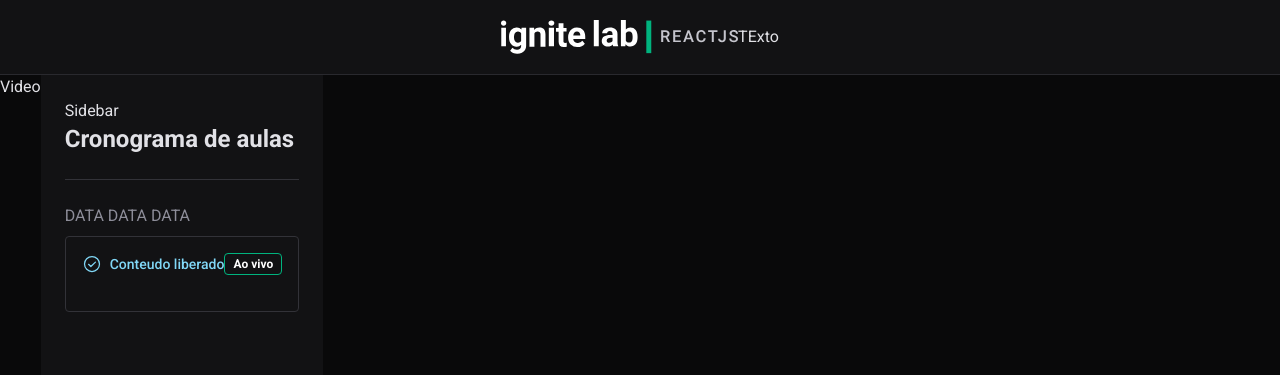
Repository: weltergab/Event_Plataform-IgniteLab
Page: /
These files come from the project's save history. The page is drawn as it stood at one moment and after the next save; the edit follows.
The browser window is 1280 px wide. The pictures show the whole page.
The page's requests for data from a server got no answer. The project was rebuilt for these pictures with package versions that can differ from the ones it lists, and the page was loaded fresh each time. No one was signed in, and anything a server would have sent is missing. Also part of the build but not shown: vite.config.ts.

Above is the page before, as saved 2022-06-24 17:08:10.

### index.html
<!DOCTYPE html>
<html lang="en">

<head>
  <meta charset="UTF-8" />
  <link rel="icon" type="image/svg+xml" href="/src/favicon.svg" />
  <meta name="viewport" content="width=device-width, initial-scale=1.0" />

  <link rel="preconnect" href="https://fonts.googleapis.com" />
  <link rel="preconnect" href="https://fonts.gstatic.com" crossorigin />
  <link href="https://fonts.googleapis.com/css2?family=Roboto:wght@400;500;700&display=swap" rel="stylesheet" />

  <title>Event Plataform</title>
</head>

<body>
  <div id="root"></div>
  <script type="module" src="/src/main.tsx"></script>
</body>

</html>

### src/main.tsx
import { ApolloProvider } from '@apollo/client'
import React from 'react'
import ReactDOM from 'react-dom/client'
import App from './App'
import { client } from './lib/apollo';

import './styles/global.css'

ReactDOM.createRoot(document.getElementById('root')!).render(
  <ApolloProvider client={client}>
    <React.StrictMode>
    <App />
    </React.StrictMode>
  </ApolloProvider>

)

### src/App.tsx
import { gql, useQuery } from '@apollo/client'
import { useState } from 'react'

import { Event } from './pages/Event'


const GET_LESSONS_QUERY = gql`
  query {
    lessons {
      id
      title
    }

  }
`




function App() {
  const { data } = useQuery(GET_LESSONS_QUERY)

  console.log(data);





  const [count, setCount] = useState(0)

  return (
    <div className="All">
      <Event />
    </div>

  )
}

export default App

### src/lib/apollo.ts
import { ApolloClient, InMemoryCache } from "@apollo/client";

export const client = new ApolloClient({
    uri: 'https://api-sa-east-1.graphcms.com/v2/cl4pywx0h2kp101xtf4npbpzl/master',
    cache: new InMemoryCache()
})

### src/pages/Event.tsx
import { Header } from "../components/Header";
import { Sidebar } from "../components/Sidebar";
import { Video } from "../components/Video";

export function Event() {
    return (
        <div className="flex flex-col min-h-screen">
            <Header />
            <main className="flex flex-1">
                <Video />
                <Sidebar />
            </main>
        </div>
    )
}

### src/components/Header.tsx
import { Logo } from "./Logo";

export function Header(){
    return (
        <header className="w-full py-5 flex items-center justify-center bg-gray-700 border-b border-gray-600">
            <Logo />
            TExto
        </header>
    )
}

### src/components/Sidebar.tsx
import { Lesson } from "./Lesson";

export function Sidebar() {
    return (
        <aside className="w-[348] bg-gray-700 p-6 border-1 border-gray-600">
            <h1>Sidebar</h1>
            <span className="font-bold text-2xl pb-6 mb-6 border-b border-gray-500 block">
                Cronograma de aulas
            </span>
            <div className="flex flex-col gab-8">
                <Lesson />
            </div>
        </aside>
    )
}

### src/components/Video.tsx
export function Video(){
    return (
        <h1>Video</h1>
    )
}

### src/components/Logo.tsx
export function Logo() {
  return (
    <svg
      xmlns="http://www.w3.org/2000/svg"
      width="237"
      height="34"
      fill="none"
      viewBox="0 0 237 34"
    >
      <path
        fill="#fff"
        d="M.002 3.112a2.49 2.49 0 01.165-.987c.12-.314.304-.595.535-.83A2.906 2.906 0 012.615.572c.698 0 1.374.257 1.912.723.23.24.412.524.536.837a2.701 2.701 0 010 1.979 2.568 2.568 0 01-.536.837 2.889 2.889 0 01-1.907.723 2.901 2.901 0 01-1.908-.723 2.458 2.458 0 01-.538-.84 2.645 2.645 0 01-.172-.996zm4.96 23.146H.273V7.862h4.689v18.397zM8.012 16.973c0-2.853.686-5.145 2.055-6.883a6.653 6.653 0 015.528-2.606 5.869 5.869 0 014.802 2.09l.2-1.751h4.538v17.95a7.891 7.891 0 01-1.12 4.246 7.243 7.243 0 01-3.147 2.752 11.155 11.155 0 01-4.742.94c-1.378 0-2.74-.279-4.008-.812a7.08 7.08 0 01-2.946-2.11l2.208-3.02a5.905 5.905 0 004.543 2.08 4.356 4.356 0 003.104-1.059 3.938 3.938 0 001.103-2.993v-.994a5.775 5.775 0 01-4.555 1.935 6.647 6.647 0 01-3.05-.652 6.615 6.615 0 01-2.408-1.967c-1.397-1.752-2.085-4.089-2.085-6.942v-.21h-.025l.005.006zm4.997.355a6.723 6.723 0 001.026 3.956 3.233 3.233 0 002.799 1.443c.651.045 1.3-.088 1.878-.39a3.52 3.52 0 001.396-1.305v-7.825a3.448 3.448 0 00-1.374-1.305 3.504 3.504 0 00-1.86-.39 3.28 3.28 0 00-1.61.365 3.22 3.22 0 00-1.219 1.103c-.688.975-1.036 2.418-1.036 4.348zM33.098 7.833l.158 2.196a6.527 6.527 0 012.371-1.927 6.38 6.38 0 012.971-.62c1.97 0 3.438.597 4.39 1.79.953 1.194 1.456 2.936 1.486 5.293v12.249h-4.962V14.683a3.367 3.367 0 00-.684-2.344 3.086 3.086 0 00-1.069-.598 3.008 3.008 0 00-1.211-.13 3.349 3.349 0 00-1.821.454c-.553.32-1.01.794-1.313 1.367v13.37H28.45V7.845l4.647-.012zM47.512 3.112a2.304 2.304 0 01.185-.988 2.42 2.42 0 01.59-.831A3.439 3.439 0 0150.404.57c.772 0 1.52.256 2.117.723.508.486.792 1.142.792 1.826 0 .683-.284 1.34-.792 1.826a3.417 3.417 0 01-2.11.723c-.77 0-1.517-.257-2.11-.723a2.47 2.47 0 01-.594-.839 2.342 2.342 0 01-.19-.994h-.005zm5.483 23.149h-5.18V7.86h5.18v18.4zM62.454 3.334v4.612h3.107v3.677h-3.107v9.382c-.05.53.091 1.063.395 1.495a1.824 1.824 0 001.473.45c.476.002.95-.035 1.421-.114v3.803a9.672 9.672 0 01-2.939.449c-3.398 0-5.128-1.775-5.19-5.32V11.644h-2.642V7.968h2.643V3.356h4.841v-.025l-.002.003zM76.487 27.08a9.277 9.277 0 01-6.759-2.55c-1.74-1.699-2.605-3.957-2.605-6.797v-.494a11.295 11.295 0 011.098-5.08 8.141 8.141 0 013.111-3.465 8.72 8.72 0 014.59-1.22c2.577 0 4.62.815 6.098 2.449 1.478 1.633 2.226 3.94 2.226 6.929v2.055h-12.01a4.665 4.665 0 001.473 2.971 4.487 4.487 0 003.111 1.111 5.426 5.426 0 004.548-2.115l2.476 2.781a7.506 7.506 0 01-3.07 2.507 9.81 9.81 0 01-4.287.916v.002zm-.594-15.514a3.127 3.127 0 00-2.428 1.012 5.405 5.405 0 00-1.188 2.912h7.006v-.405a3.749 3.749 0 00-.908-2.608 3.252 3.252 0 00-2.45-.908h-.03l-.002-.003zM97.771 26.259h-4.957V0h4.957V26.26zM112.209 26.259c-.227-.444-.392-.997-.496-1.659-1.196 1.333-2.751 2.002-4.666 2.002-1.811 0-3.314-.523-4.504-1.572-1.191-1.049-1.786-2.372-1.786-3.966 0-1.96.725-3.464 2.179-4.513 1.453-1.049 3.553-1.58 6.3-1.59h2.273v-1.06c0-.854-.22-1.54-.659-2.051-.44-.513-1.131-.77-2.078-.77-.832 0-1.486.2-1.957.6-.474.4-.708.945-.708 1.64h-4.941c0-1.07.331-2.062.992-2.973.662-.91 1.597-1.626 2.804-2.144 1.206-.518 2.564-.778 4.069-.778 2.28 0 4.089.573 5.429 1.718 1.34 1.145 2.009 2.756 2.009 4.83v8.017c.012 1.754.256 3.082.735 3.983v.29h-4.992l-.003-.004zm-4.086-3.435c.728 0 1.402-.163 2.016-.486.614-.326 1.071-.76 1.367-1.308v-3.181h-1.846c-2.472 0-3.79.854-3.948 2.564l-.017.291c0 .614.217 1.123.649 1.523.434.4 1.026.6 1.779.6v-.003zM136.58 17.183c0 2.963-.632 5.273-1.898 6.931-1.265 1.659-3.032 2.488-5.3 2.488-2.006 0-3.608-.77-4.805-2.308l-.222 1.967h-4.444V.001h4.94v9.418c1.14-1.332 2.638-2 4.496-2 2.256 0 4.025.828 5.308 2.487 1.283 1.658 1.923 3.992 1.923 7v.274l.002.003zm-4.94-.358c0-1.868-.296-3.233-.889-4.094-.592-.861-1.475-1.29-2.65-1.29-1.572 0-2.655.643-3.247 1.932v7.299c.604 1.298 1.697 1.95 3.282 1.95 1.584 0 2.643-.788 3.146-2.36.239-.752.358-1.897.358-3.437z"
      ></path>
      <path
        fill="#C4C4CC"
        d="M164.51 17.501h-2.283v4.53h-2.048v-11.78h4.143c1.36 0 2.408.306 3.149.915.74.61 1.108 1.493 1.108 2.648 0 .787-.19 1.449-.57 1.98-.38.532-.911.94-1.59 1.226l2.646 4.906v.106h-2.194l-2.364-4.531h.003zm-2.283-1.65h2.105c.691 0 1.229-.176 1.619-.524.39-.348.582-.824.582-1.429 0-.604-.18-1.12-.538-1.466-.358-.345-.893-.523-1.606-.533h-2.162V15.85zM179.066 16.773h-4.839v3.625h5.656v1.634h-7.704V10.25h7.648v1.65h-5.6v3.253h4.839v1.62zM189.803 19.29h-4.565l-.955 2.744h-2.127l4.452-11.783h1.836l4.459 11.783h-2.137l-.963-2.744zm-3.99-1.65h3.415l-1.707-4.89-1.708 4.89zM204.716 18.197c-.119 1.256-.583 2.238-1.392 2.941-.81.703-1.885 1.056-3.228 1.056-.938 0-1.764-.222-2.48-.668-.715-.445-1.266-1.079-1.656-1.898-.387-.82-.589-1.772-.607-2.858v-1.1c0-1.11.198-2.09.59-2.937.392-.846.96-1.5 1.695-1.96.736-.458 1.587-.688 2.554-.688 1.301 0 2.347.353 3.139 1.057.792.703 1.254 1.7 1.385 2.99h-2.039c-.096-.846-.343-1.458-.74-1.833-.397-.375-.977-.563-1.745-.563-.89 0-1.574.326-2.05.977-.479.652-.721 1.605-.733 2.863v1.044c0 1.273.227 2.245.683 2.917.457.668 1.123 1.004 2.004 1.004.805 0 1.409-.18 1.814-.543.405-.363.661-.962.77-1.804h2.038l-.002.003zM216.481 11.902h-3.674v10.132h-2.031V11.902h-3.642V10.25h9.347v1.65zM222.759 10.251h2.039v8.262c0 1.127-.353 2.023-1.057 2.687-.703.664-1.633.995-2.788.995-1.229 0-2.179-.311-2.848-.93-.669-.62-1.004-1.484-1.004-2.59h2.038c0 .627.156 1.096.467 1.412.31.316.76.474 1.347.474.55 0 .989-.183 1.315-.545.326-.366.489-.867.489-1.51V10.25h.002zM234.952 18.999c0-.518-.183-.918-.545-1.197-.363-.279-1.022-.563-1.972-.849-.95-.286-1.705-.604-2.265-.955-1.074-.674-1.612-1.555-1.612-2.638 0-.95.388-1.732 1.163-2.347.774-.614 1.779-.922 3.015-.922.819 0 1.55.15 2.194.454a3.597 3.597 0 011.513 1.29c.367.558.55 1.177.55 1.858h-2.038c0-.614-.193-1.095-.578-1.443-.385-.348-.938-.524-1.656-.524-.668 0-1.189.144-1.557.43-.37.286-.555.686-.555 1.197 0 .432.2.792.6 1.08.399.29 1.056.57 1.974.842.918.271 1.653.582 2.208.93.556.348.963.748 1.222 1.197.259.452.387.977.387 1.582 0 .982-.375 1.762-1.127 2.342-.753.58-1.775.87-3.063.87a5.755 5.755 0 01-2.352-.473c-.715-.316-1.27-.75-1.668-1.308-.397-.555-.594-1.204-.594-1.942h2.048c0 .669.222 1.187.664 1.555.441.367 1.075.55 1.902.55.713 0 1.246-.143 1.607-.432.357-.288.538-.671.538-1.145l-.003-.002z"
      ></path>
      <path fill="#00B37E" d="M150.271 33.146h-4.958V.57h4.958v32.576z"></path>
    </svg>
  );
}

### src/components/Lesson.tsx
import { CheckCircle } from 'phosphor-react'

interface LessonProps {
    title: string;
    slug: string;
    availableAt: Date;
    type: 'live' | 'class';
}

export function Lesson(props: LessonProps) {
    return (
        <a href="#">
            <span className='text-gray-300'>
                DATA DATA DATA
            </span>

            <div className="rounded border border-gray-500 p-4 mt-2">
                <header className="flex items-center justify-between">
                    <span className="text-sm text-blue-500 font-medium flex items-center gap-2">
                        <CheckCircle size={20} />
                        Conteudo liberado
                    </span>
                    <span className="text-xs rounded py-[0.125rem] px-2 text-white border border-green-300 font-bold">
                        Ao vivo
                    </span>
                </header>
                <strong className="text-gray-200 mt-5 block">
                    {props.title}
                </strong>
            </div>
        </a>

    )
}

Loaded but not shown: src/styles/global.css (common file); tailwind.config.js (common file)

After the next save:
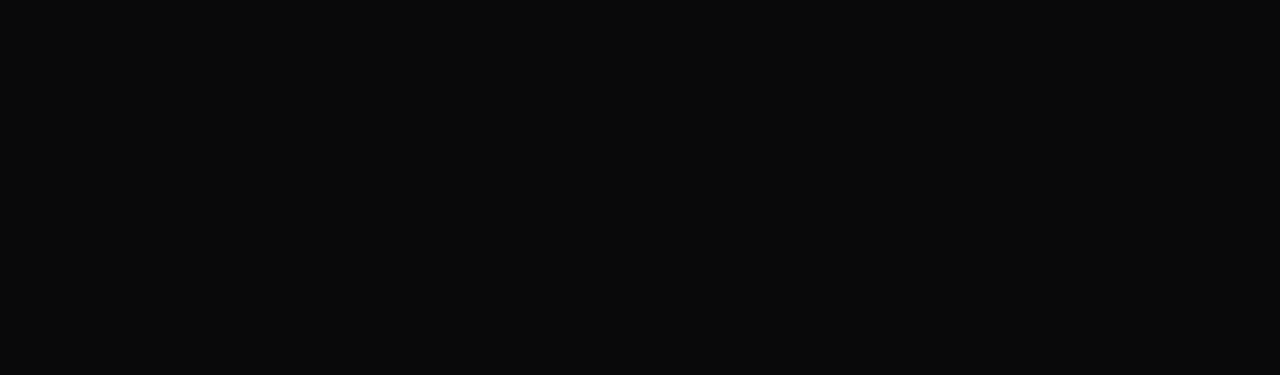
Console error: TypeError: Cannot read properties of undefined (reading 'toString')
Saved 2 min 6 s later.
--- a/src/components/Lesson.tsx
+++ b/src/components/Lesson.tsx
@@ -11,7 +11,7 @@
     return (
         <a href="#">
             <span className='text-gray-300'>
-                DATA DATA DATA
+                {props.availableAt.toString()}
             </span>
 
             <div className="rounded border border-gray-500 p-4 mt-2">
@@ -21,7 +21,7 @@
                         Conteudo liberado
                     </span>
                     <span className="text-xs rounded py-[0.125rem] px-2 text-white border border-green-300 font-bold">
-                        Ao vivo
+                        {props.type === 'live'? 'AO VIVO' : 'AULA PRÁTICA'}
                     </span>
                 </header>
                 <strong className="text-gray-200 mt-5 block">

After the 4 saves that followed:
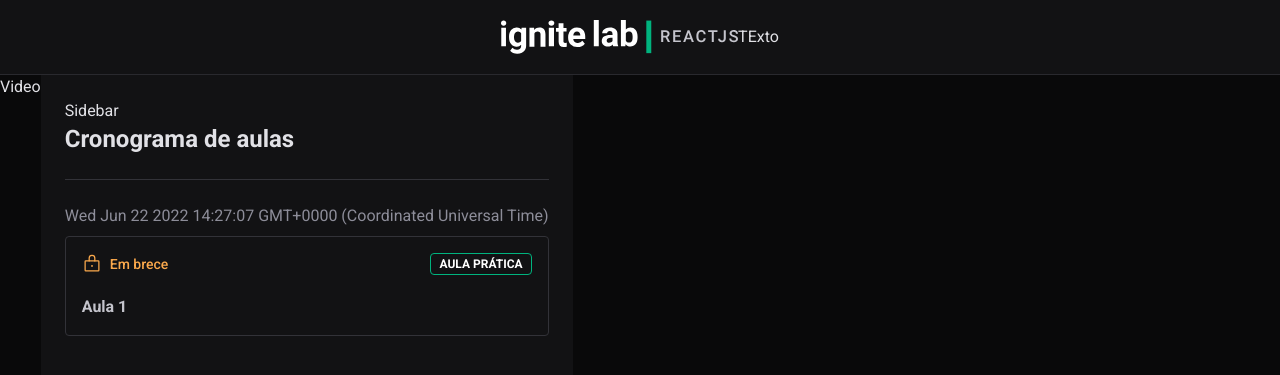
The error is gone.
The 4 saves are shown as one change because 3 left the picture as it was.
The last was saved 5 min 4 s later.
--- a/src/components/Sidebar.tsx
+++ b/src/components/Sidebar.tsx
@@ -8,7 +8,12 @@
                 Cronograma de aulas
             </span>
             <div className="flex flex-col gab-8">
-                <Lesson />
+                <Lesson
+                title="Aula 1"
+                slug="aula-1"
+                availableAt={new Date()}
+                type="class"
+                />
             </div>
         </aside>
     )
--- a/src/components/Lesson.tsx
+++ b/src/components/Lesson.tsx
@@ -1,4 +1,4 @@
-import { CheckCircle } from 'phosphor-react'
+import { CheckCircle, Lock } from 'phosphor-react'
 
 interface LessonProps {
     title: string;
@@ -8,6 +8,7 @@
 }
 
 export function Lesson(props: LessonProps) {
+    const isLessonAvailable = false;
     return (
         <a href="#">
             <span className='text-gray-300'>
@@ -16,10 +17,17 @@
 
             <div className="rounded border border-gray-500 p-4 mt-2">
                 <header className="flex items-center justify-between">
-                    <span className="text-sm text-blue-500 font-medium flex items-center gap-2">
+                    {isLessonAvailable ? (
+                        <span className="text-sm text-blue-500 font-medium flex items-center gap-2">
                         <CheckCircle size={20} />
                         Conteudo liberado
                     </span>
+                    ) : (
+                        <span className="text-sm text-orange-500 font-medium flex items-center gap-2">
+                        <Lock size={20} />
+                        Em brece
+                    </span>
+                    )}
                     <span className="text-xs rounded py-[0.125rem] px-2 text-white border border-green-300 font-bold">
                         {props.type === 'live'? 'AO VIVO' : 'AULA PRÁTICA'}
                     </span>
